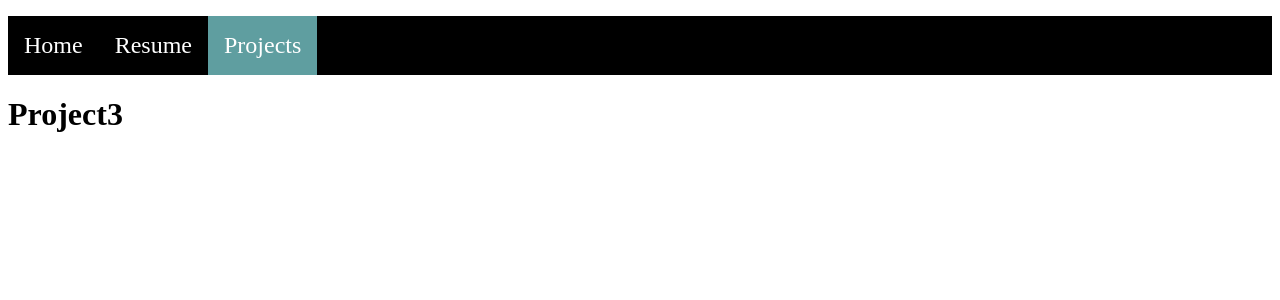
Repository: brody-toth/brody-toth.github.io
Page: project3.html
The author's editor kept a record of every edit. The page is drawn from the files as they stood at one moment, then again after the next edit.
The browser window is 1280 px wide. The pictures show the whole page.

Above is the page before.

### project3.html
<!DOCTYPE html>
<html>

  <head>
    <title>Home</title>
    <link rel="stylesheet" href="style.css" type="text/css">
  </head>

  <body>
    <ul class="navbar">
      <li><a href="index.html">Home</a></li>
      <li><a href="resume.html">Resume</a></li>
      <li class = "dropdown">
        <div class="active">Projects</div>
        <ul class="dropdown-content">
          <li><a href="project1.html">Project 1</a></li>
          <li><a href="project2.html">Project 2</a></li>
          <li><a href="project3.html">Project 3</a></li>
        </ul>
      </li>

    </ul>

    <h1>Project3</h1>

  </body>

</html>

### style.css
.navbar{
    list-style: none;
    background-color: black;
    overflow: hidden;
    padding: 0;
}

.navbar a, .dropdown div{
    text-decoration: none;
    color: white;
    font-size: 24px;
    padding: 16px;
    display: inline-block;
}
.navbar li{
    float: left;
}

.navbar li:hover{
    background-color: slategray;
}

.dropdown-content{
    list-style: none;
    padding: 0;
    display: none;
    position: absolute;
    z-index: 2;
    background-color: black;
}

.dropdown-content li{
    float:none;
}

.dropdown:hover .dropdown-content{
    display: block;
}

.active{
    background-color: cadetblue;
}

After the next edit:
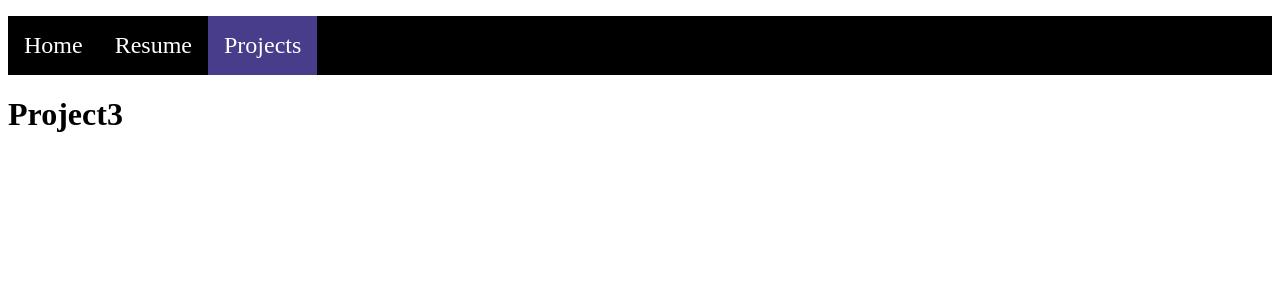
The edit:
--- a/style.css
+++ b/style.css
@@ -38,5 +38,5 @@
 }
 
 .active{
-    background-color: cadetblue;
+    background-color: darkslateblue;
 }
